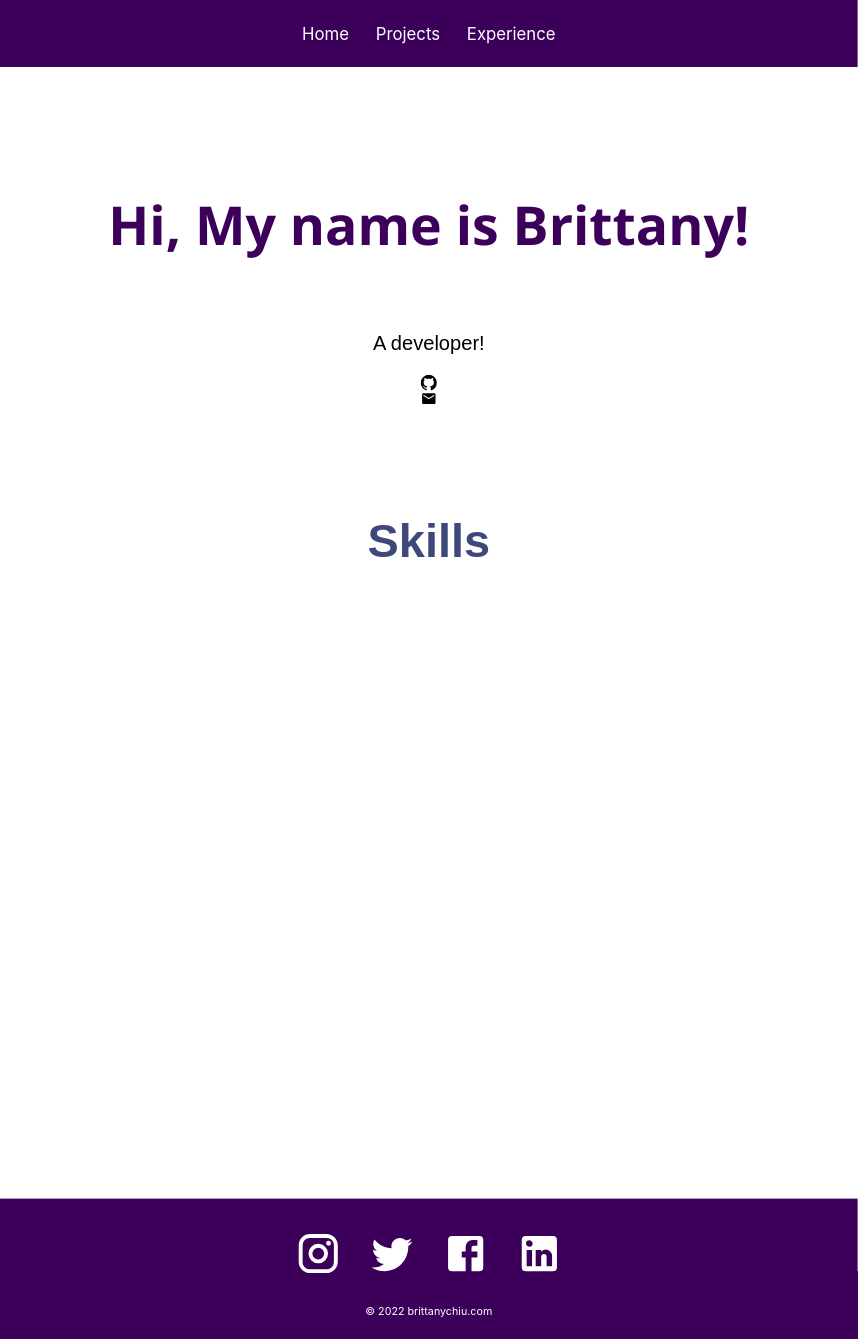
Repository: chiubacca94/chiufolio
Page: /
These files come from the project's save history. The page is drawn as it stood at one moment and after the next save; the edit follows.
The browser window is 1280 px wide. The pictures show the whole page, at 67% of full size.
The project was rebuilt for these pictures with package versions that can differ from the ones it lists, and the page was loaded fresh each time. Also part of the build but not shown: src/components/Projects/Projects.js, src/components/Experiences/Experiences.js.

Above is the page before, as saved 2022-07-04 04:24:38.

After the next save:
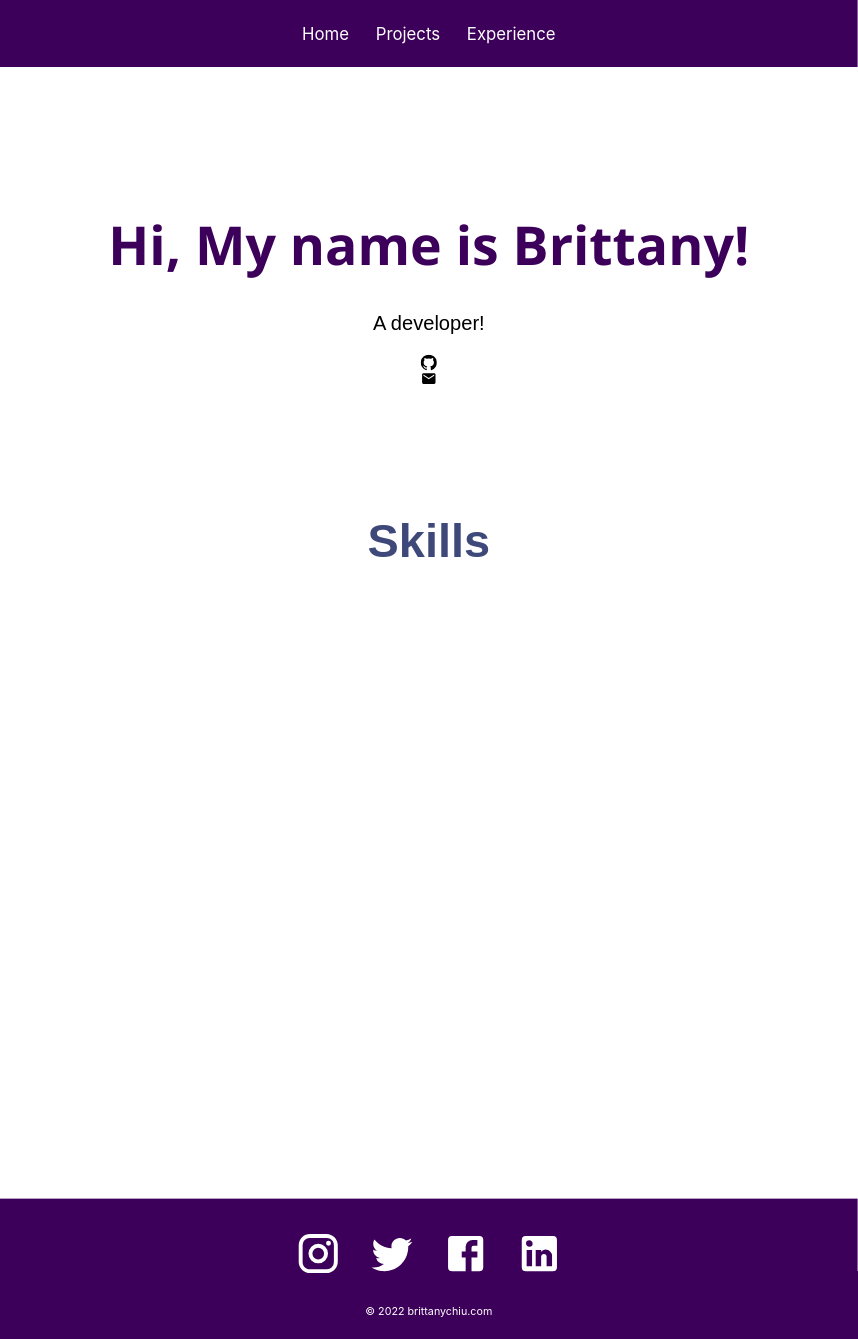
Saved 11 s later.
--- a/src/components/Home/Home.css
+++ b/src/components/Home/Home.css
@@ -22,7 +22,7 @@
     font-family: "Segoe UI", Tahoma, Geneva, Verdana, sans-serif;
     font-size: 80px;
     color: #3c005a;
-    min-height: 5px;
+    height: 50px;
   }
 
   .about .prompt {

After the save that followed:
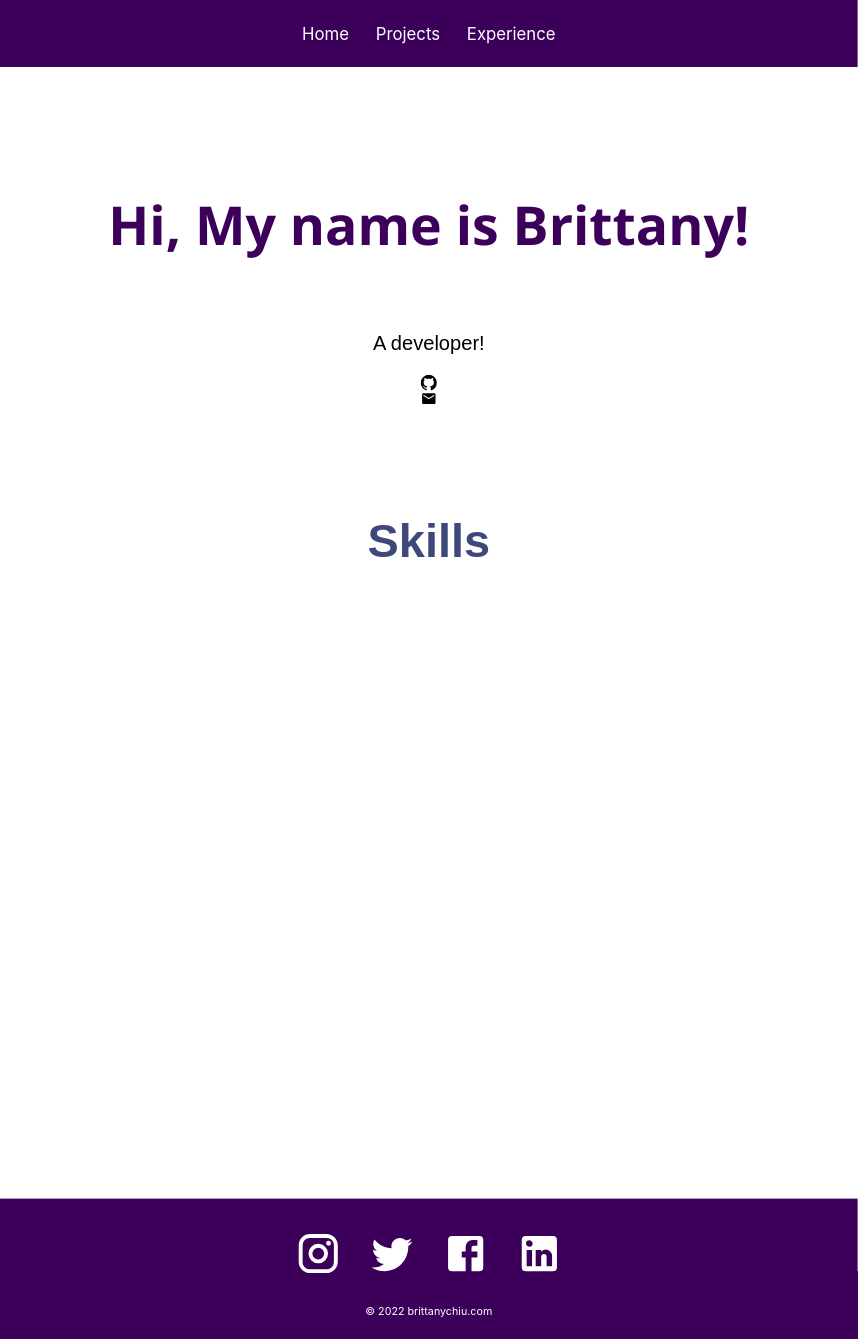
Saved 13 s later.
--- a/src/components/Home/Home.css
+++ b/src/components/Home/Home.css
@@ -22,7 +22,7 @@
     font-family: "Segoe UI", Tahoma, Geneva, Verdana, sans-serif;
     font-size: 80px;
     color: #3c005a;
-    height: 50px;
+    min-height: 50px;
   }
 
   .about .prompt {
